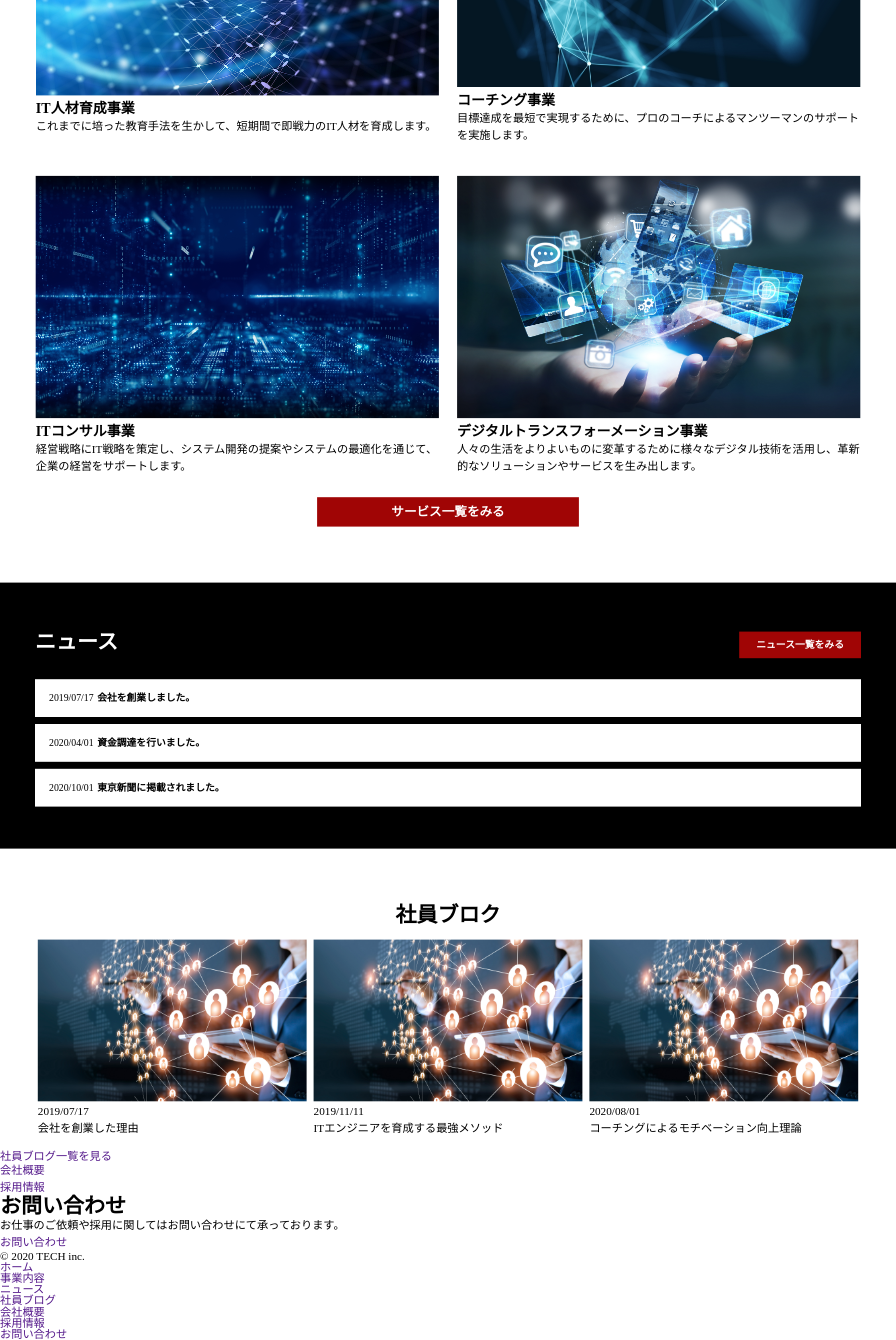
Repository: masanarimiura/20220516_miura
Page: index.html
An editor plug-in stored every save of this project. The page is shown before and after a run of saves, followed by the edit.
The browser window is 1280 px wide. The pictures show the part of the page from y = 1346 to 3266 px (the page is 3260 px tall before and 3266 px after), at 70% of full size.

Above is the page before, as saved 2022-05-13 20:37:48.

### index.html
<!DOCTYPE html>
<html lang="ja">

<head>
  <meta charset="UTF-8">
  <meta http-equiv="X-UA-Compatible" content="IE=edge">
  <meta name="viewport" content="width=device-width, initial-scale=1.0">
  <title>Document</title>
  <link rel="stylesheet" href="css/reset.css">
  <link rel="stylesheet" href="css/index.css">
</head>

<body>

  <header class="header">
    <h2 class="header__ttl">TECH</h2>
    <nav class="header__nav">
      <ul>
        <li><a href="" class="header__nav__item1">ホーム</a></li>
        <li><a href="" class="header__nav__item2">事業内容</a></li>
        <li><a href="" class="header__nav__item3">ニュース</a></li>
        <li><a href="" class="header__nav__item4">社員ブログ</a></li>
        <li><a href="" class="header__nav__item5">会社概要</a></li>
        <li><a href="" class="header__nav__item6">採用情報</a></li>
        <li><a href="" class="header__nav__item7">お問い合わせ</a></li>
      </ul>
    </nav>
  </header>

  <div class="eyecatch">
    <div class="eyecatch__content">
      <h1 class="eyecatch__content__ttl">最新のテクノロジーで社会課題を解決</h1>
      <p class="eyecatch__content__txt">solving social issues with the latest tdchnology</p>
    </div>
  </div>

  <div class="message">
    <div class="message__inner">
      <h2 class="message__ttl">株式会社TECHの想い</h2>
      <p class="message__txt">
        あらゆる産業において、新たなデジタル技術を使ってこれまでにないビジネスモデルを展開する新規参入者が養生し、ゲームチェンジが起ころうとしています。こうした中で、各企業は、競争力維持・強化のために。DXを迅速に進めていくことが求められています。しかし、DXにおいて投資コストは非常にかかります。株式会社TECHでは独自のオペレーションと人材教育により、他社よりも価格を抑えた開発を行います。
      </p>
    </div>
  </div>

  <div class="service">
    <h2 class="service__ttl">サービス</h2>
    <div class="service__inner">
      <div class="service__box">
        <img src="img/service1.png" alt="" class="service__box__img">
        <h3 class="service__box__ttl">IT人材育成事業</h3>
        <p class="service__box__txt">これまでに培った教育手法を生かして、短期間で即戦力のIT人材を育成します。</p>
      </div>
      <div class="service__box">
        <img src="img/service2.png" alt="" class="service__box__img">
        <h3 class="service__box__ttl">コーチング事業</h3>
        <p class="service__box__txt">目標達成を最短で実現するために、プロのコーチによるマンツーマンのサポートを実施します。</p>
      </div>
      <div class="service__box">
        <img src="img/service3.png" alt="" class="service__box__img">
        <h3 class="service__box__ttl">ITコンサル事業</h3>
        <p class="service__box__txt">経営戦略にIT戦略を策定し、システム開発の提案やシステムの最適化を通じて、企業の経営をサポートします。</p>
      </div>
      <div class="service__box">
        <img src="img/service4.png" alt="" class="service__box__img">
        <h3 class="service__box__ttl">デジタルトランスフォーメーション事業</h3>
        <p class="service__box__txt">人々の生活をよりよいものに変革するために様々なデジタル技術を活用し、革新的なソリューションやサービスを生み出します。</p>
      </div>
      <a href="" class="button">サービス一覧をみる</a>
    </div>
  </div>

  <div class="news">
    <div class="news__inner">
      <div class="news__ttl">
        <h2 class="news__ttl-txt">ニュース</h2>
        <a href="" class="service__link button">ニュース一覧をみる</a>
      </div>
      <div class="news__content">
        <ul class="news__content-inner">
          <li class="news__content-topic">
            <a herf="">2019/07/17<span>会社を創業しました。</span></a>
          </li>
          <li class="news__content-topic">
            <a herf="">2020/04/01<span>資金調達を行いました。</span></a>
          </li>
          <li class="news__content-topic">
            <a herf="">2020/10/01<span>東京新聞に掲載されました。</span></a>
          </li>
        </ul>
      </div>
    </div>
  </div>
  <div class="blog">
    <h2 class="blog__ttl">社員ブロク</h2>
    <div class="blog__inner">
      <div class="blog__box">
        <a href=""><img src="img/blog.png" alt="" class="blog__img"></a>
        <p class="blog__date">2019/07/17</p>
        <p class="blog__txt">会社を創業した理由</p>
      </div>
      <div class="blog__box">
        <a href=""><img src="img/blog.png" alt="" class="blog__img"></a>
        <p class="blog__date">2019/11/11</p>
        <p class="blog__txt">ITエンジニアを育成する最強メソッド</p>
      </div>
      <div class="blog__box">
        <a href=""><img src="img/blog.png" alt="" class="blog__img"></a>
        <p class="blog__date">2020/08/01</p>
        <p class="blog__txt">コーチングによるモチベーション向上理論</p>
      </div>
    </div>
    <div class="blog__link"><a href="">社員ブログ一覧を見る</a></div>
  </div>

  <div class="info">
    <div class="info__company"><a href="">
        <p class="info__company__ttl">会社概要</p>
      </a></div>
    <div class="info__recruit"><a href="">
        <p class="info__recruit__ttl">採用情報</p>
      </a></div>
  </div>

  <div class="contact">
    <h2 class="contact__ttl">お問い合わせ</h2>
    <p class="contact__txt">お仕事のご依頼や採用に関してはお問い合わせにて承っております。</p>
    <p class="contact__link"><a href="">お問い合わせ</a></p>
  </div>

  <footer class="footer">
    <div class="footer__copy">&copy; 2020 TECH inc.</div>
    <ul class="footer__nav">
      <li><a href="" class="footer__nav__item1">ホーム</a></li>
      <li><a href="" class="footer__nav__item2">事業内容</a></li>
      <li><a href="" class="footer__nav__item3">ニュース</a></li>
      <li><a href="" class="footer__nav__item4">社員ブログ</a></li>
      <li><a href="" class="footer__nav__item5">会社概要</a></li>
      <li><a href="" class="footer__nav__item6">採用情報</a></li>
      <li><a href="" class="footer__nav__item7">お問い合わせ</a></li>
    </ul>
  </footer>


  <script src="js/main.js"></script>
</body>

</html>

### css/reset.css
/*
html5doctor.com Reset Stylesheet
v1.6.1
Last Updated: 2010-09-17
Author: Richard Clark - http://richclarkdesign.com
Twitter: @rich_clark
*/
html,
body,
div,
span,
object,
iframe,
h1,
h2,
h3,
h4,
h5,
h6,
p,
blockquote,
pre,
abbr,
address,
cite,
code,
del,
dfn,
em,
img,
ins,
kbd,
q,
samp,
small,
strong,
sub,
sup,
var,
b,
i,
dl,
dt,
dd,
ol,
ul,
li,
fieldset,
form,
label,
legend,
table,
caption,
tbody,
tfoot,
thead,
tr,
th,
td,
article,
aside,
canvas,
details,
figcaption,
figure,
footer,
header,
hgroup,
menu,
nav,
section,
summary,
time,
mark,
audio,
video {
  margin: 0;
  padding: 0;
  border: 0;
  outline: 0;
  font-size: 100%;
  vertical-align: baseline;
  background: transparent;
}

body {
  line-height: 1;
}

article,
aside,
details,
figcaption,
figure,
footer,
header,
hgroup,
menu,
nav,
section {
  display: block;
}

nav ul {
  list-style: none;
}

blockquote,
q {
  quotes: none;
}

blockquote:before,
blockquote:after,
q:before,
q:after {
  content: "";
  content: none;
}

a {
  margin: 0;
  padding: 0;
  font-size: 100%;
  vertical-align: baseline;
  background: transparent;
}

/* change colours to suit your needs */
ins {
  background-color: #ff9;
  color: #000;
  text-decoration: none;
}

/* change colours to suit your needs */
mark {
  background-color: #ff9;
  color: #000;
  font-style: italic;
  font-weight: bold;
}

del {
  text-decoration: line-through;
}

abbr[title],
dfn[title] {
  border-bottom: 1px dotted;
  cursor: help;
}

table {
  border-collapse: collapse;
  border-spacing: 0;
}

/* change border colour to suit your needs */
hr {
  display: block;
  height: 1px;
  border: 0;
  border-top: 1px solid #cccccc;
  margin: 1em 0;
  padding: 0;
}

input,
select {
  vertical-align: middle;
}

### css/index.css
h2 {
  font-size: 30px;
  font-weight: bold;
}
h3 {
  font-size: 20px;
  font-weight: bold;
  line-height: 1.5;
}
a {
  text-decoration: none;
}
p {
  line-height: 1.5;
}
.button {
  display: block;
  text-align: center;
  color: #fff;
  font-size: 18px;
  font-weight: bold;
  background-color: rgb(160, 5, 5);
  width: 350px;
  padding: 12px;
}

.header {
  display: flex;
  justify-content: space-between;
  text-align: center;
  padding: 20px 30px;
  position: sticky;
  top: 0;
  background-color: #fff;
  z-index: 1;
}
.header__nav ul {
  display: flex;
  justify-content: space-between;
}
.header__nav ul li {
  padding: 0 15px;
  font-size: 16px;
  font-weight: bold;
}
.header__nav ul li a {
  color: #000;
}

.eyecatch {
  display: flex;
  justify-content: center;
  align-items: center;
  text-align: center;
  background: url(../img/mv.png) center/ cover;
  height: 80vh;
}
.eyecatch__content {
  color: #fff;
}
.eyecatch__content__ttl {
  font-size: 50px;
  padding: 20px;
  line-height: 1.5;
}
.eyecatch__content__txt {
  font-weight: bold;
  font-size: 20px;
  padding: 20px;
}

.message {
  background: #000;
  display: flex;
  justify-content: center;
  align-items: center;
}
.message__inner {
  padding: 80px 80px;
}
.message__ttl {
  color: #fff;
}
.message__txt {
  color: #fff;
  line-height: 2;
  text-align: justify;
  padding: 20px 0 0;
}

.service {
  margin-top: 100px;
}
.service__ttl {
  text-align: center;
  margin-bottom: 30px;
}
.service__inner {
  display: flex;
  align-items: center;
  flex-wrap: wrap;
  justify-content: center;
}
.service__box {
  width: 45%;
  height: auto;
  padding: 1%;
  margin-bottom: 20px;
}
.service__box img {
  width: 100%;
  height: auto;
}
.service__button {
  margin-top: 50px;
}
.news {
  background: #000;
  margin-top: 80px;
}
.news__inner {
  padding: 50px 50px;
}
.news__ttl {
  display: flex;
  justify-content: space-between;
  padding: 20px 0;
}
.news__ttl-txt {
  color: #fff;
}
.service__link {
  width: 150px;
  font-size: 14px;
}
.news__content-topic a {
  background-color: #fff;
  margin: 10px 0;
  padding: 20px;
  font-size: 14px;
  display: block;
}
.news__content-topic span {
  font-weight: bold;
  display: inline-block;
  padding: 0 5px;
}

.blog {
  margin-top: 80px;
}
.blog__ttl {
  text-align: center;
}
.blog__inner {
  display: flex;
  justify-content: center;
}
.blog__box {
  width: 30%;
  margin: 20px 5px;
}
.blog__box img {
  width: 100%;
}
.blog__txt {

}

Loaded but not shown: js/main.js (no copy from this time; the picture is the same without it)

After the next 7 saves:
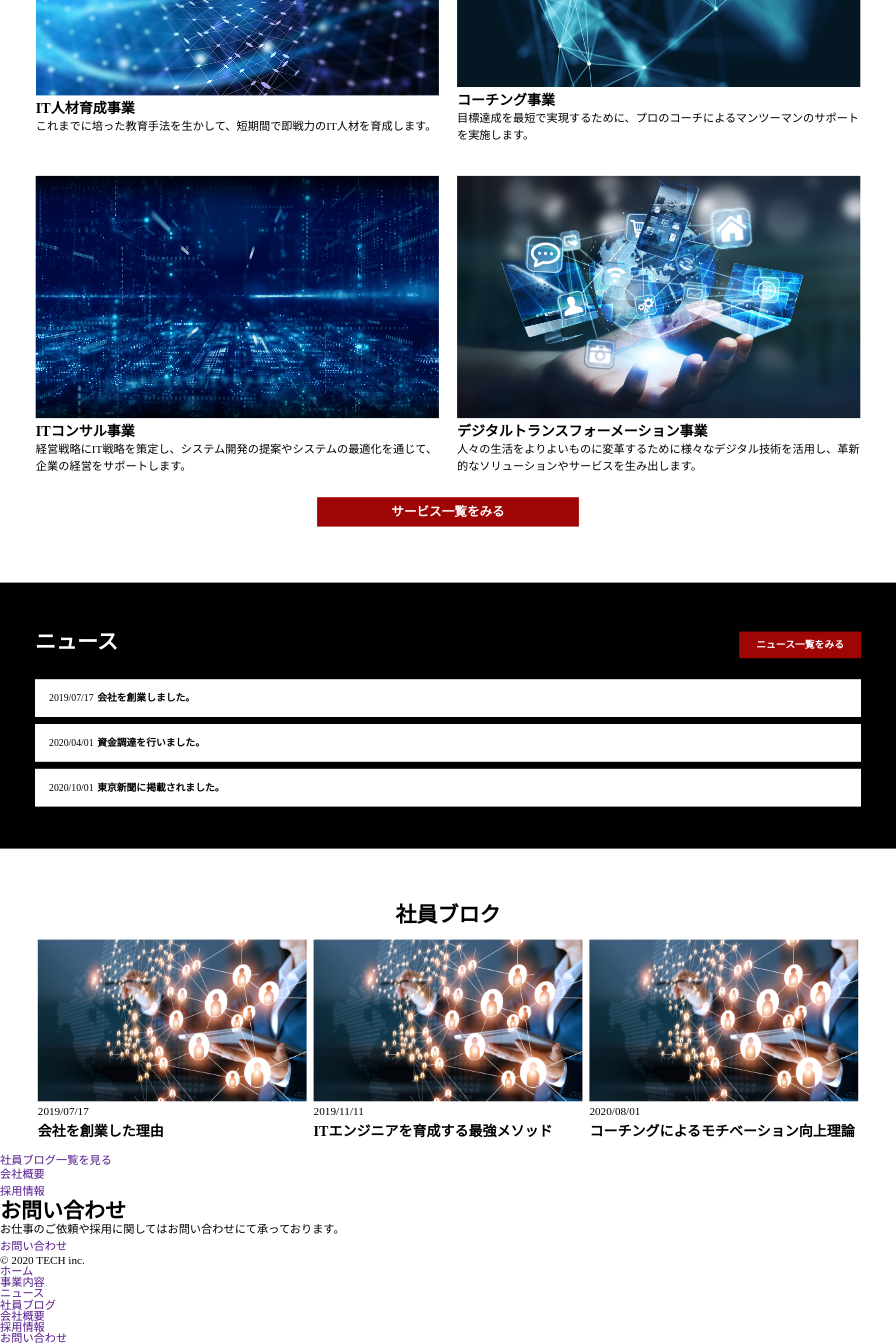
The 7 saves are shown as one change because they came seconds apart.
The last was saved 18 s later.
--- a/css/index.css
+++ b/css/index.css
@@ -164,5 +164,6 @@ p {
   width: 100%;
 }
 .blog__txt {
-
+  font-weight: bold;
+  font-size: 20px;
 }
